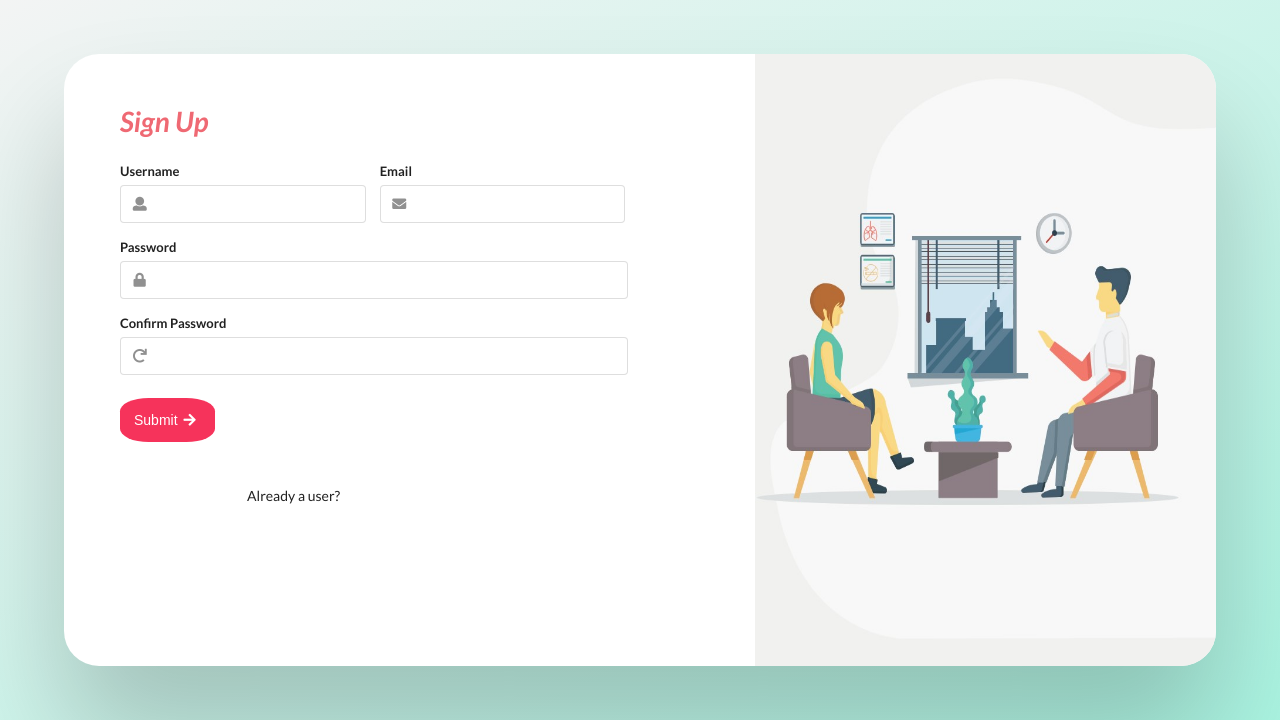
Repository: ajayaj2001/healthcare-digitization
Page: /
The author's editor kept a copy of each file at every save. The page is drawn from the files as they stood at one save, then again after the next save.
The browser window is 1280 px wide. The pictures show the whole page.
The project was rebuilt for these pictures with package versions that can differ from the ones it lists, and the page was loaded fresh each time. Also part of the build but not shown: src/component/userType/UserType.scss, src/component/userType/UserType.js, src/component/login/Login.scss, src/component/login/loginForm/LoginForm.scss, src/component/login/loginForm/LoginForm.js, src/component/login/Login.js.

Above is the page before, as saved 2021-03-12 22:42:11.

After the next save:
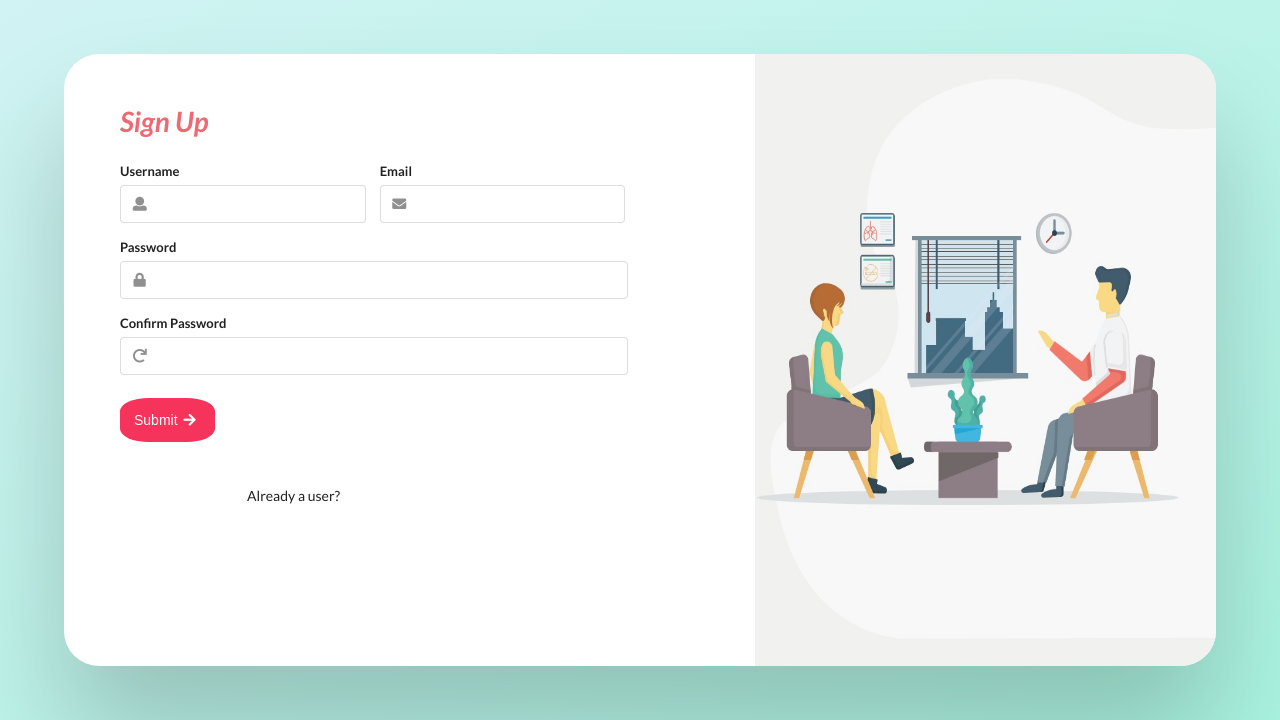
Saved 9 s later.
--- a/src/component/register/Register.scss
+++ b/src/component/register/Register.scss
@@ -1,6 +1,6 @@
 .container {
     margin: 0;
-    background-image: linear-gradient(to right bottom, #f3f4f4, #9af1dbd8);
+    background-image: linear-gradient(to right bottom, #d1f3f3, #9af1dbd8);
     height: 100vh;
     display: flex;
     justify-content: center;

After the save that followed:
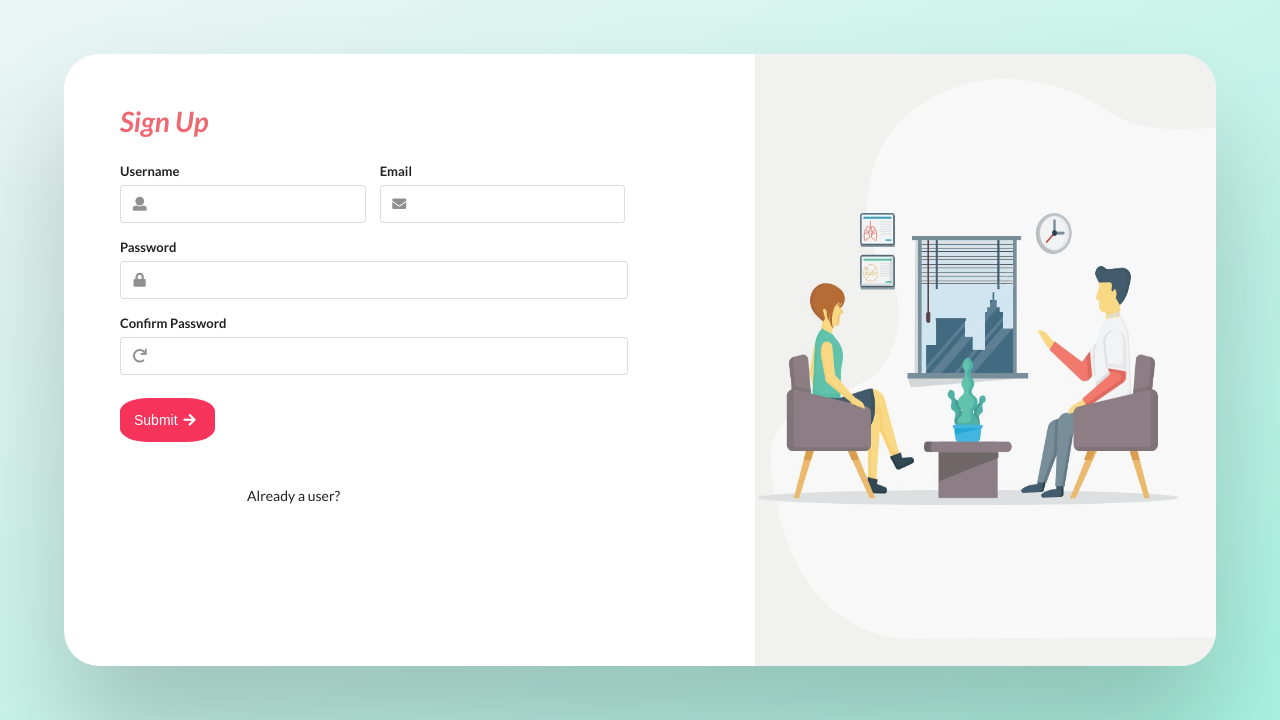
Saved 6 s later.
--- a/src/component/register/Register.scss
+++ b/src/component/register/Register.scss
@@ -1,6 +1,6 @@
 .container {
     margin: 0;
-    background-image: linear-gradient(to right bottom, #d1f3f3, #9af1dbd8);
+    background-image: linear-gradient(to right bottom, #ebf5f5, #9af1dbd8);
     height: 100vh;
     display: flex;
     justify-content: center;
